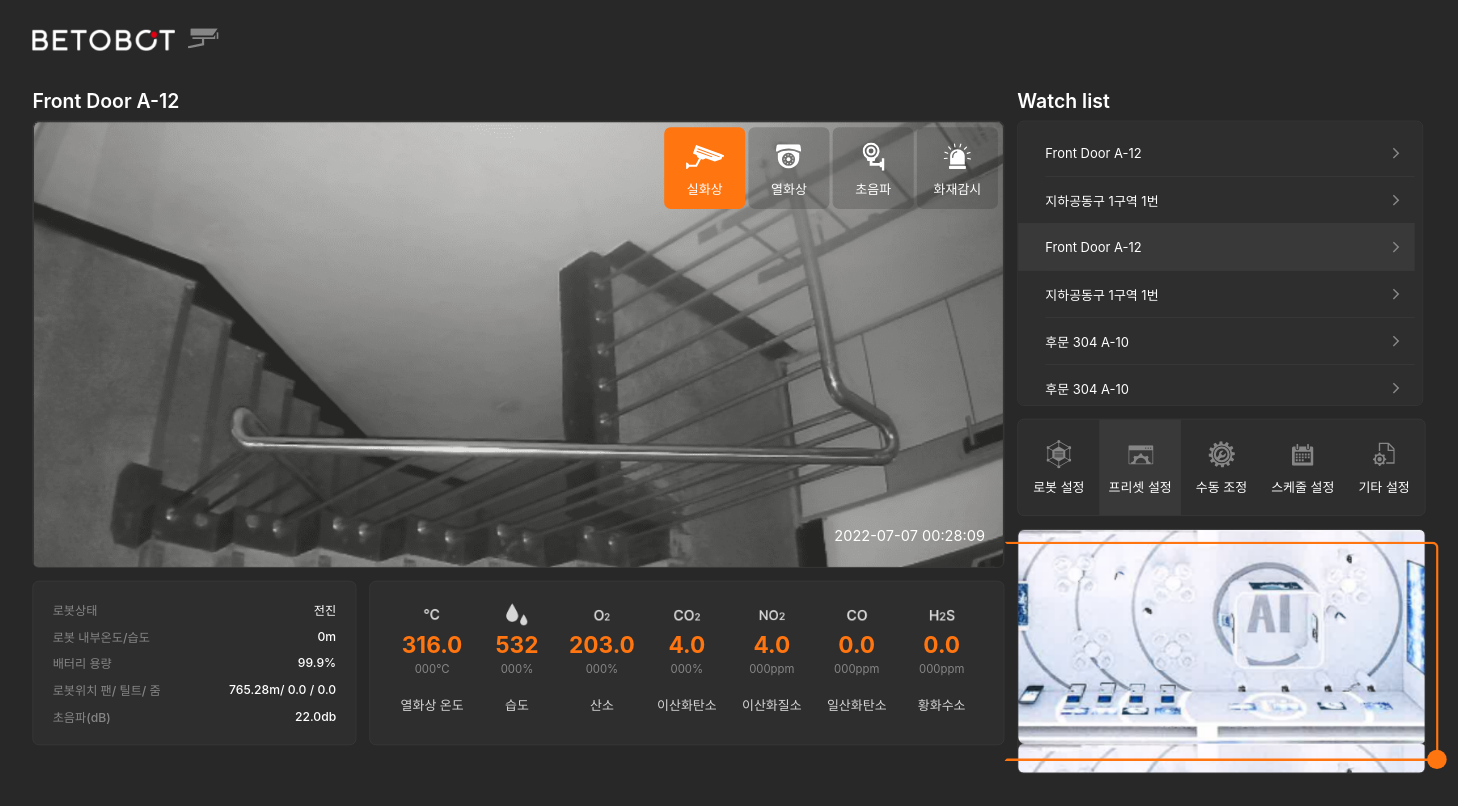
Repository: jang0ha/betobot
Page: content/main/main.html
The author's editor kept a copy of each file at every save. The page is drawn from the files as they stood at one save, then again after the next save.
The browser window is 1280 px wide. The page is 1800 px wide, so the pictures cover 1800 px, including what lies to the right of the window. The pictures show the whole page, at 81% of full size.
Some web fonts or font styles are not loaded; a fallback is used. The style sheet was rebuilt from its Sass, Less or Tailwind sources for each picture, by a compiler version that may differ from the author's.

Above is the page before, as saved 2022-07-19 11:17:47.

After the next save:
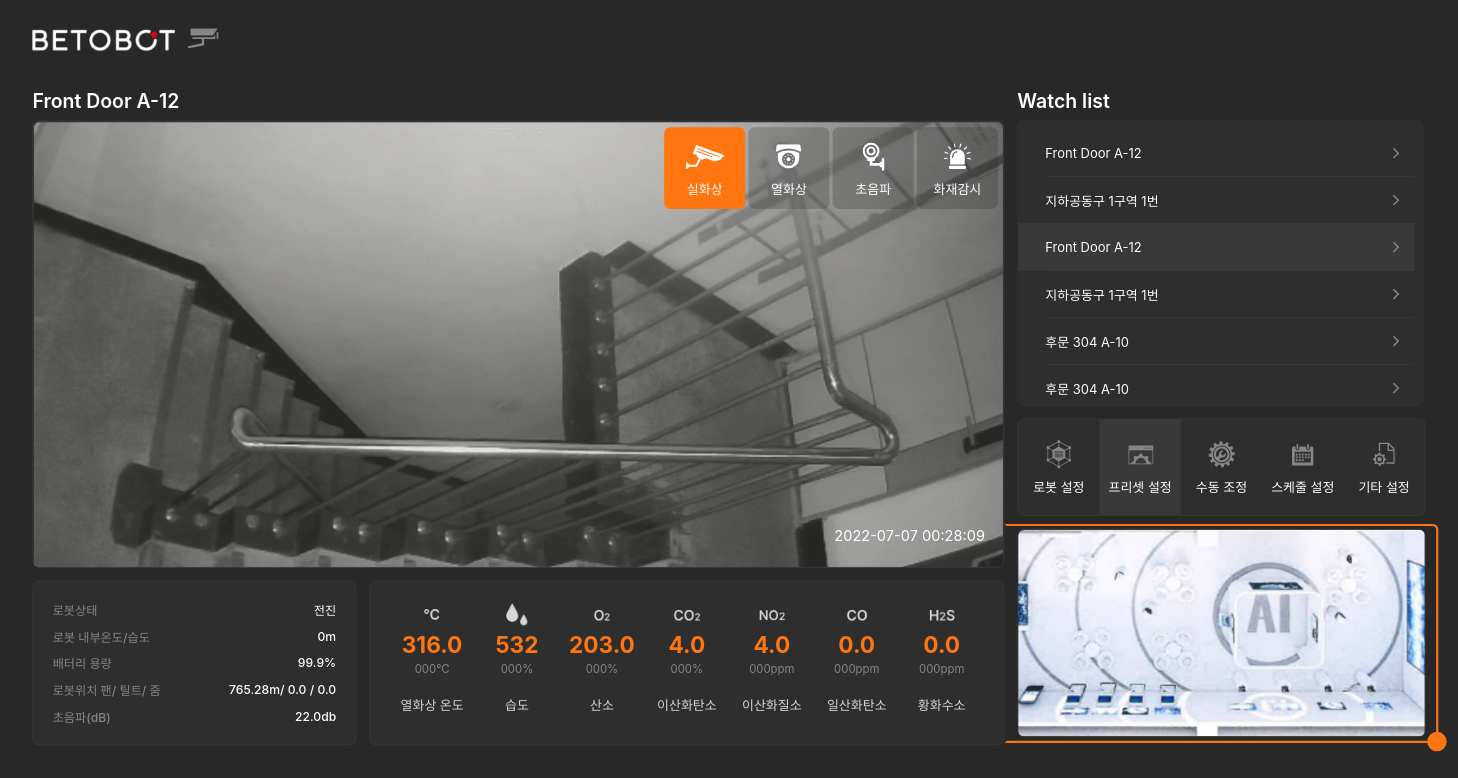
Saved 72 s later.
--- a/resources/scss/style.scss
+++ b/resources/scss/style.scss
@@ -285,7 +285,7 @@
 }
 
 .watch-map{
-    height: 300px;
+    height: 255px;
     position: relative;
 }
 
